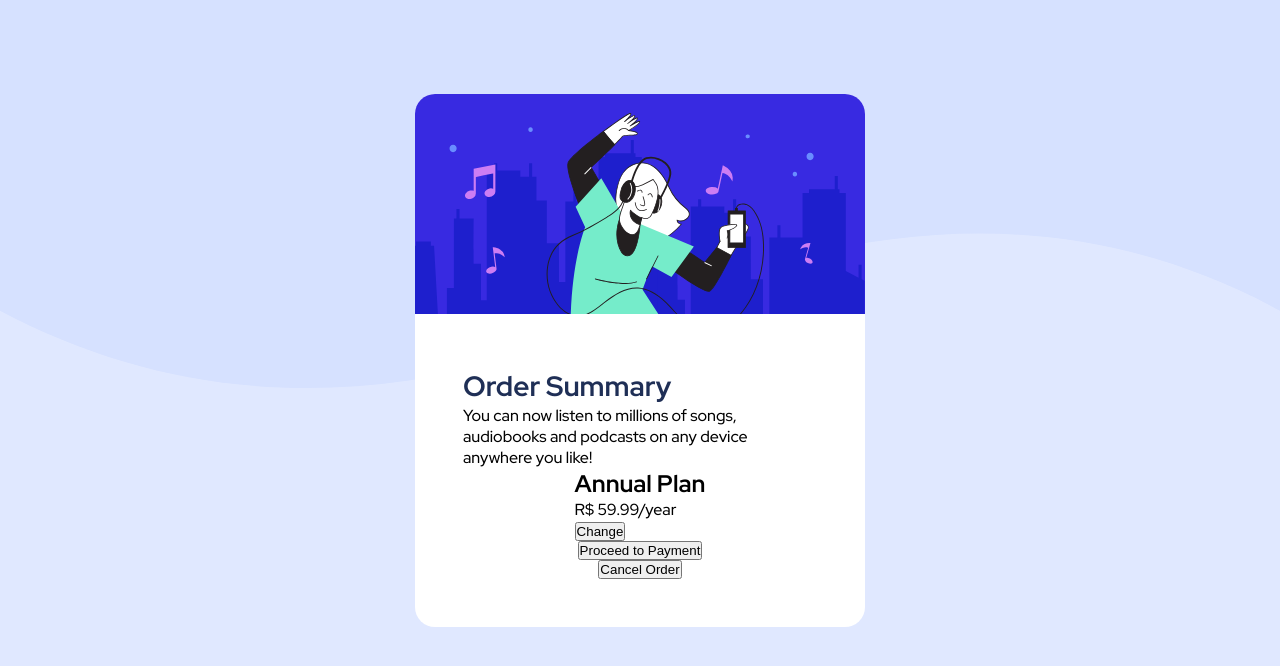
Repository: gccavalheiro/order-summary-card
Page: index.html
An editor plug-in stored every save of this project. The page is shown before and after the next save, followed by the edit.
The browser window is 1280 px wide. The pictures show the whole page.

Above is the page before, as saved 2021-12-17 02:06:13.

After the next save:
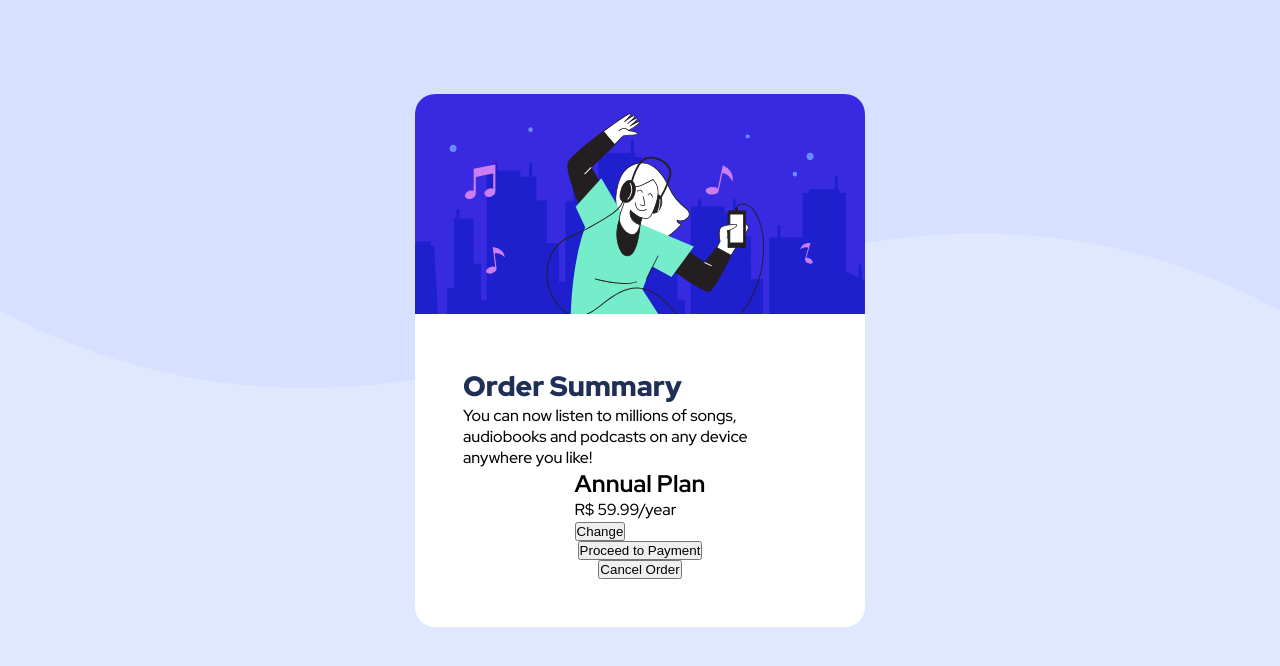
Saved 17 s later.
--- a/assets/css/main.css
+++ b/assets/css/main.css
@@ -67,7 +67,7 @@ main {
 .card-info h1{
   font-size: 1.75rem;
   color: var(--dark-blue);
-  font-weight: 700;
+  font-weight: 900;
 }
 
 
